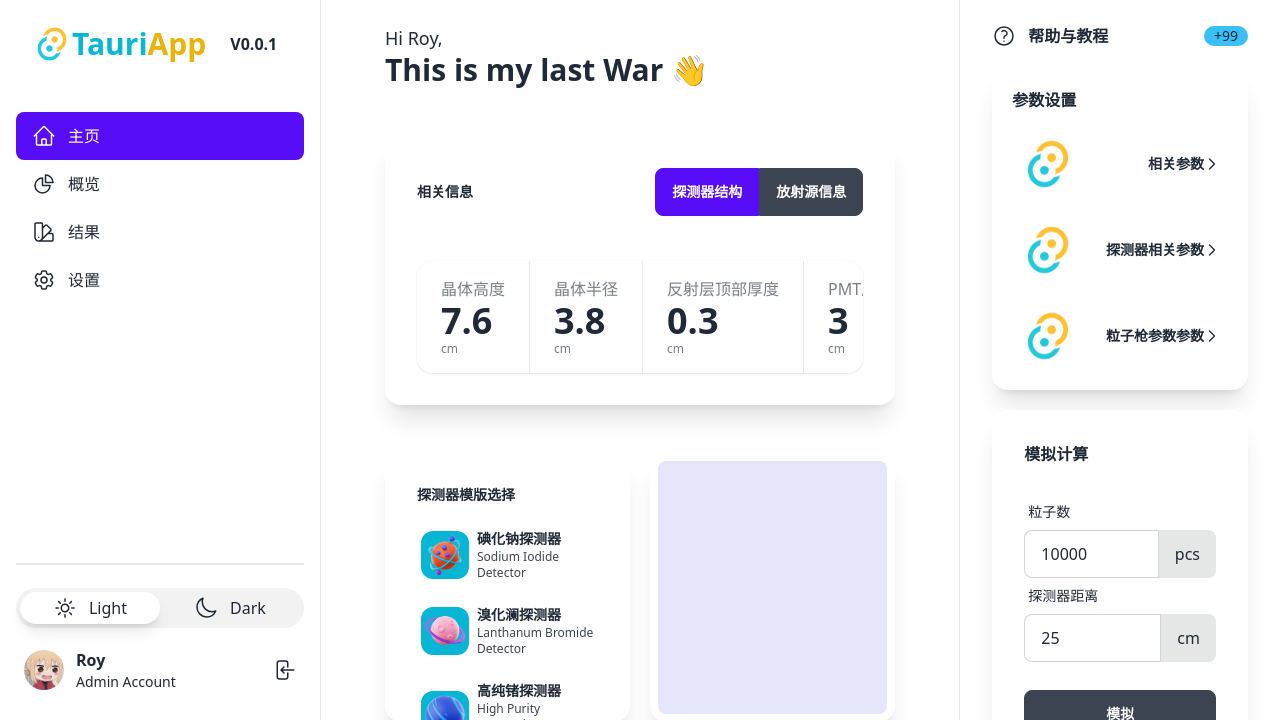
Repository: XMZOVO/tauri-geant4
Page: /
The author's editor kept a copy of each file at every save. The page is drawn from the files as they stood at one save, then again after the next save.
The browser window is 1280 px wide. The pictures show the whole page.
The page's requests for data from a server got no answer. An inner scrolling area shows only its first screen. The project was rebuilt for these pictures with package versions that can differ from the ones it lists, and the page was loaded fresh each time. No one was signed in, and anything a server would have sent is missing. Also part of the build but not shown: vite.config.ts.

Above is the page before, as saved 2022-09-11 20:00:41.

### src/main.ts
import { createApp } from "vue";
import App from "./App.vue";
import "./index.css";
import { Router } from "./router";
import { createPinia } from "pinia";

const pinia = createPinia();

createApp(App).use(pinia).use(Router).mount("#app");

### src/router/index.ts
import { createRouter, createWebHistory } from "vue-router";

const routes = [
  {
    path: "",
    component: () => import("../components/MainWindow.vue"),
    children: [
      {
        path: "",
        component: () => import("../components/Home.vue"),
      },
      {
        path: "Setting",
        component: () => import("../components/Setting.vue"),
      },
      {
        path: "Results",
        component: () => import("../components/Results.vue"),
      },
      {
        path: "Overview",
        component: () => import("../components/Overview.vue"),
      },
      // {
      //   path: "Plan",
      //   component: () => import("../components/Plan.vue"),
      // },
    ],
  },
];

export const Router = createRouter({
  scrollBehavior: () => ({ left: 0, top: 0 }),
  history: createWebHistory(),
  routes,
});

### src/components/Home.vue
<script setup lang="ts">
import { ref, onMounted } from "vue";
import { invoke } from "@tauri-apps/api/tauri";
import { useRouter, onBeforeRouteLeave, onBeforeRouteUpdate } from "vue-router";
import path from "path";
import { exit } from "@tauri-apps/api/process";
import { fetch } from "@tauri-apps/api/http";

const router = useRouter();
const greetMsg = ref("");
const name = ref("");
let specFile = ref("");
let JSRootPath = ref("/JsRoot720/");
const btnWait = ref("");
const activeDetector = ref(0);

let detectorSrc = ref(
  JSRootPath.value +
    "index.htm?nobrowser&file=http://localhost:8080/file/G4Backend/build/rootFiles/test.root&item=Default;1&opt=ssao;transp60"
);

const parametersNames = ref([
  { name: "探测器结构", checked: true },
  { name: "放射源信息", checked: false },
]);
const selectedName = ref("钻井液性能");
const detectorProperties = ref([
  { name: "晶体高度", value: 7.6, unit: "cm" },
  { name: "晶体半径", value: 3.8, unit: "cm" },
  { name: "反射层顶部厚度", value: "0.3", unit: "cm" },
  { name: "PMT厚度", value: 3, unit: "cm" },
]);
const radioactiveProperties = ref([
  { name: "放射性同位素", value: "Co60", unit: "" },
  { name: "3", value: 20, unit: "" },
  { name: "4", value: 0.02, unit: "" },
  { name: "5", value: 10, unit: "" },
]);
const detectorList = ref([
  {
    name: "碘化钠探测器",
    percent: 40,
    description: "Sodium Iodide Detector",
    img: "NaI.png",
  },
  {
    name: "溴化澜探测器",
    percent: 100,
    description: "Lanthanum Bromide Detector",
    img: "LB.png",
  },
  {
    name: "高纯锗探测器",
    percent: 60,
    description: "High Purity Germanium Detector",
    img: "HPGe.png",
  },
]);
const paticleParameters = ref([
  { name: "粒子数", value: 10000, unit: "pcs" },
  { name: "探测器距离", value: 25, unit: "cm" },
]);

async function greet() {
  greetMsg.value = await invoke("greet", { name: name.value });
}

onMounted(async () => {});

const parametersInfoChanged = (name: String) => {
  if (name == "探测器结构") {
    parametersNames.value[0].checked = true;
    parametersNames.value[1].checked = false;
  } else {
    parametersNames.value[0].checked = false;
    parametersNames.value[1].checked = true;
  }
};

const executeCalculate = async () => {
  if (paticleParameters.value[0].value > 10000000) {
    alert("粒子数过大");
    return;
  }
  btnWait.value = "loading";
  const response = await fetch("http://localhost:8080/g4", {
    method: "POST",
    query: {
      ch: detectorProperties.value[0].value.toString(),
      cr: detectorProperties.value[1].value.toString(),
      rtt: detectorProperties.value[2].value.toString(),
      num: paticleParameters.value[0].value.toString(),
    },
  }).then((res) => {
    btnWait.value = "";
    router.push({ path: "/Overview" });
  });
};

const refreshDetector = async () => {
  detectorSrc.value = " ";
  await fetch("http://localhost:8080/gdml", {
    method: "GET",
    query: {
      ch: detectorProperties.value[0].value.toString(),
      cr: detectorProperties.value[1].value.toString(),
      rtt: detectorProperties.value[2].value.toString(),
      pmt: detectorProperties.value[3].value.toString(),
    },
  }).then(() => {
    // let iframe: any = document.getElementById("iframe");
    // iframe.contentWindow.location.reload(true);
    detectorSrc.value =
      JSRootPath.value +
      "index.htm?nobrowser&file=http://localhost:8080/file/G4Backend/build/rootFiles/wtest.root&item=Default;1&opt=ssao;transp60";
  });
};

const exitApp = async () => {
  await exit(1);
};
</script>

<template>
  <!-- <div class="card">
    <input id="greet-input" v-model="name" placeholder="Enter a name..." />
    <button type="button" @click="greet()">Greet</button>
  </div>

  <p>{{ greetMsg }}</p> -->

  <div class="flex h-full w-full">
    <div class="w-2/3 space-y-12 border-r border-base-300 py-6 px-16">
      <div class="h-auto">
        <span class="block text-lg font-normal">Hi Roy,</span>
        <span class="block text-3xl font-bold"
          >This is my last War &#128075;</span
        >
      </div>
      <div class="card h-2/5 w-full shadow-xl">
        <div class="card-body justify-between">
          <div class="flex justify-between">
            <p class="card-title text-sm">相关信息</p>
            <!-- 选择框 -->
            <!-- <div class="form-control w-1/3 max-w-xs">
              <select
                class="select select-bordered focus:outline-none"
                @change="parametersInfoChanged($event)"
              >
                <option v-for="item in parametersNames">{{ item }}</option>
              </select>
            </div> -->
            <div class="btn-group">
              <input
                v-for="item in parametersNames"
                type="radio"
                name="options"
                :data-title="item.name"
                class="btn"
                :checked="item.checked"
                @change="parametersInfoChanged(item.name)"
              />
            </div>
          </div>
          <!-- 统计信息 -->
          <div
            class="stats stats-vertical overflow-hidden shadow lg:stats-horizontal"
          >
            <div
              class="stat"
              v-if="parametersNames[0].checked"
              v-for="item in detectorProperties"
            >
              <div class="stat-title">{{ item.name }}</div>
              <div class="stat-value">{{ item.value }}</div>
              <div class="stat-desc">{{ item.unit }}</div>
            </div>
            <div
              class="stat"
              v-if="parametersNames[1].checked"
              v-for="item in radioactiveProperties"
            >
              <div class="stat-title">{{ item.name }}</div>
              <div class="stat-value">{{ item.value }}</div>
              <div class="stat-desc">{{ item.unit }}</div>
            </div>
          </div>
        </div>
      </div>
      <!-- 底部双卡片 -->
      <div class="flex h-2/5 space-x-5">
        <!-- 1 -->
        <div class="card w-1/2 bg-base-100 shadow-xl">
          <div class="card-body gap-3">
            <p class="text-sm font-semibold">探测器模版选择</p>
            <!-- item -->
            <div class="flex h-full flex-col justify-between">
              <div
                v-for="(item, index) in detectorList"
                class="flex cursor-pointer items-center justify-between rounded-xl py-3 px-1 hover:bg-base-300"
              >
                <div class="flex items-center gap-2">
                  <img
                    :src="`/src/assets/${item.img}`"
                    class="h-12 w-12 rounded-xl bg-cyan-500 p-1"
                  />
                  <div class="flex flex-col">
                    <p class="text-sm font-semibold">{{ item.name }}</p>
                    <p class="text-xs text-neutral">
                      {{ item.description }}
                    </p>
                  </div>
                </div>
                <!-- <div
                  class="radial-progress text-xs text-primary"
                  :style="
                    '--value: ' +
                    item.percent +
                    '; --size: 3.5rem; --thickness: 6px'
                  "
                >
                  {{ item.percent }}%
                </div> -->
              </div>
            </div>
            <btn class="btn rounded-xl"> 更多模版</btn>
          </div>
        </div>
        <!-- 2 -->
        <div class="card w-1/2 bg-base-100 shadow-xl">
          <div class="card-body p-2">
            <iframe
              :src="detectorSrc"
              frameborder="0"
              class="h-full w-full rounded-lg"
            ></iframe>
            <!-- <div class="h-full w-full bg-black" id="drawing"></div> -->
          </div>
        </div>
      </div>
    </div>

    <!-- 右侧 -->
    <div class="w-1/3 flex-col space-y-5 px-8 pt-6">
      <!-- 帮助 -->
      <div class="flex items-center justify-between">
        <div class="flex items-center space-x-3">
          <svg
            xmlns="http://www.w3.org/2000/svg"
            fill="none"
            viewBox="0 0 24 24"
            stroke-width="1.5"
            stroke="currentColor"
            class="h-6 w-6"
          >
            <path
              stroke-linecap="round"
              stroke-linejoin="round"
              d="M9.879 7.519c1.171-1.025 3.071-1.025 4.242 0 1.172 1.025 1.172 2.687 0 3.712-.203.179-.43.326-.67.442-.745.361-1.45.999-1.45 1.827v.75M21 12a9 9 0 11-18 0 9 9 0 0118 0zm-9 5.25h.008v.008H12v-.008z"
            />
          </svg>
          <label class="font-bold">帮助与教程</label>
        </div>
        <div class="badge badge-info">+99</div>
      </div>
      <!-- 帮助 -->
      <!-- 卡1 -->
      <div class="flex space-x-5">
        <div class="card w-full overflow-visible bg-base-100 shadow-xl">
          <div class="card-body p-5">
            <div class="flex-col space-y-5">
              <p class="text-md font-bold">参数设置</p>

              <!-- 溢流物 -->
              <div class="dropdown-left dropdown w-full">
                <div
                  tabindex="0"
                  class="flex items-center justify-between rounded-xl px-2 py-1 duration-300 hover:cursor-pointer hover:bg-primary hover:text-base-100"
                >
                  <img src="../assets/icon.png" class="h-14 w-14 rounded-xl" />
                  <div class="flex items-center">
                    <p class="text-sm font-bold">相关参数</p>
                    <svg
                      xmlns="http://www.w3.org/2000/svg"
                      fill="none"
                      viewBox="0 0 24 24"
                      stroke-width="2"
                      stroke="currentColor"
                      class="h-4 w-4"
                    >
                      <path
                        stroke-linecap="round"
                        stroke-linejoin="round"
                        d="M8.25 4.5l7.5 7.5-7.5 7.5"
                      />
                    </svg>
                  </div>
                </div>
                <!-- 浮动窗口 -->
                <div
                  tabindex="0"
                  class="card dropdown-content rounded-box w-full bg-base-100 shadow"
                >
                  <div class="card-body space-y-3">
                    <p class="font-bold">设置相关参数</p>
                  </div>
                </div>
              </div>
              <!-- 溢流物 -->
              <!-- 钻井液 -->
              <div class="dropdown-left dropdown w-full">
                <div
                  tabindex="0"
                  class="flex items-center justify-between rounded-xl px-2 py-1 duration-300 hover:cursor-pointer hover:bg-primary hover:text-base-100"
                >
                  <img src="../assets/icon.png" class="h-14 w-14 rounded-xl" />
                  <div class="flex items-center">
                    <p class="text-sm font-bold">探测器相关参数</p>
                    <svg
                      xmlns="http://www.w3.org/2000/svg"
                      fill="none"
                      viewBox="0 0 24 24"
                      stroke-width="2"
                      stroke="currentColor"
                      class="h-4 w-4"
                    >
                      <path
                        stroke-linecap="round"
                        stroke-linejoin="round"
                        d="M8.25 4.5l7.5 7.5-7.5 7.5"
                      />
                    </svg>
                  </div>
                </div>
                <!-- 浮动窗口 -->
                <div
                  tabindex="0"
                  class="card dropdown-content rounded-box w-96 bg-base-100 shadow"
                >
                  <div class="card-body space-y-1">
                    <div class="flex items-center">
                      <p class="font-bold">
                        设置{{
                          activeDetector == 0 ? "碘化钠" : "高纯锗"
                        }}探测器参数
                      </p>
                      <button class="btn btn-xs" @click="refreshDetector">
                        刷新探测器模型
                      </button>
                    </div>
                    <div
                      v-for="item in detectorProperties"
                      class="form-control"
                    >
                      <label class="label">
                        <span class="label-text">{{ item.name }}</span>
                      </label>
                      <label class="input-group">
                        <input
                          type="text"
                          v-model="item.value"
                          class="input input-bordered w-3/4 focus:outline-none"
                        />
                        <span class="w-1/4">{{ item.unit }}</span>
                      </label>
                    </div>
                  </div>
                </div>
              </div>
              <!-- 钻井液 -->
              <!-- 节流压 -->
              <div class="dropdown-left dropdown w-full">
                <div
                  tabindex="0"
                  class="flex items-center justify-between rounded-xl px-2 py-1 duration-300 hover:cursor-pointer hover:bg-primary hover:text-base-100"
                >
                  <img src="../assets/icon.png" class="h-14 w-14 rounded-xl" />
                  <div class="flex items-center">
                    <p class="text-sm font-bold">粒子枪参数参数</p>
                    <svg
                      xmlns="http://www.w3.org/2000/svg"
                      fill="none"
                      viewBox="0 0 24 24"
                      stroke-width="2"
                      stroke="currentColor"
                      class="h-4 w-4"
                    >
                      <path
                        stroke-linecap="round"
                        stroke-linejoin="round"
                        d="M8.25 4.5l7.5 7.5-7.5 7.5"
                      />
                    </svg>
                  </div>
                </div>
                <!-- 浮动窗口 -->
                <div
                  tabindex="0"
                  class="card dropdown-content rounded-box w-96 bg-base-100 shadow"
                >
                  <div class="card-body space-y-3">
                    <p class="font-bold">设置粒子枪参数</p>
                    <div
                      v-for="item in radioactiveProperties"
                      class="form-control"
                    >
                      <label class="label">
                        <span class="label-text">{{ item.name }}</span>
                      </label>
                      <label class="input-group">
                        <input
                          type="text"
                          v-model="item.value"
                          class="input input-bordered w-3/4 focus:outline-none"
                        />
                        <span class="w-1/4">{{ item.unit }}</span>
                      </label>
                    </div>
                  </div>
                </div>
              </div>
              <!-- 节流压 -->
            </div>
          </div>
        </div>
      </div>
      <!-- 卡2 -->
      <div class="flex space-x-5">
        <div class="card w-full bg-base-100 shadow-xl">
          <div class="card-body space-y-5">
            <p class="text-md font-bold">模拟计算</p>
            <div>
              <div v-for="item in paticleParameters" class="form-control">
                <label class="label">
                  <span class="label-text">{{ item.name }}</span>
                </label>
                <label class="input-group">
                  <input
                    type="text"
                    placeholder="0.01"
                    v-model="item.value"
                    class="input input-bordered w-full focus:outline-none"
                  />
                  <span>{{ item.unit }}</span>
                </label>
              </div>
            </div>
            <!-- 计算 -->
            <button :class="'btn w-full ' + btnWait" @click="executeCalculate">
              模拟
            </button>
          </div>
        </div>
      </div>
    </div>
  </div>
</template>

<style scoped></style>

Loaded but not shown: index.html (common file); src/App.vue (common file); src/index.css (common file); tailwind.config.cjs (common file); public/JsRoot720/modules/d3.mjs (library); public/JsRoot720/modules/gui/HierarchyPainter.mjs (library); public/JsRoot720/modules/io.mjs (3859 lines, source omitted); public/JsRoot720/modules/gpad/TFramePainter.mjs (2781 lines, source omitted); public/JsRoot720/modules/gpad/TPadPainter.mjs (2078 lines, source omitted); public/JsRoot720/modules/gui/menu.mjs (1573 lines, source omitted); public/JsRoot720/modules/core.mjs (1681 lines, source omitted); public/JsRoot720/modules/gui/display.mjs (1711 lines, source omitted); public/JsRoot720/modules/base/ObjectPainter.mjs (1608 lines, source omitted); public/JsRoot720/modules/base/math.mjs (2061 lines, source omitted); public/JsRoot720/modules/gpad/TAxisPainter.mjs (1330 lines, source omitted); public/JsRoot720/modules/hist/TPavePainter.mjs (1257 lines, source omitted); public/JsRoot720/modules/base/latex.mjs (1324 lines, source omitted); public/JsRoot720/modules/draw.mjs (618 lines, source omitted); public/JsRoot720/modules/gui/utils.mjs (511 lines, source omitted); public/JsRoot720/modules/gpad/TCanvasPainter.mjs (756 lines, source omitted); public/JsRoot720/modules/base/BasePainter.mjs (670 lines, source omitted); public/JsRoot720/modules/base/TAttFillHandler.mjs (343 lines, source omitted); public/JsRoot720/modules/base/TAttMarkerHandler.mjs (292 lines, source omitted); public/JsRoot720/modules/gui.mjs (206 lines, source omitted); public/JsRoot720/modules/base/colors.mjs (172 lines, source omitted); public/JsRoot720/modules/base/TAttLineHandler.mjs (166 lines, source omitted); public/JsRoot720/modules/base/FontHandler.mjs (139 lines, source omitted); src/components/MainWindow.vue (303 lines, source omitted)

After the next save:
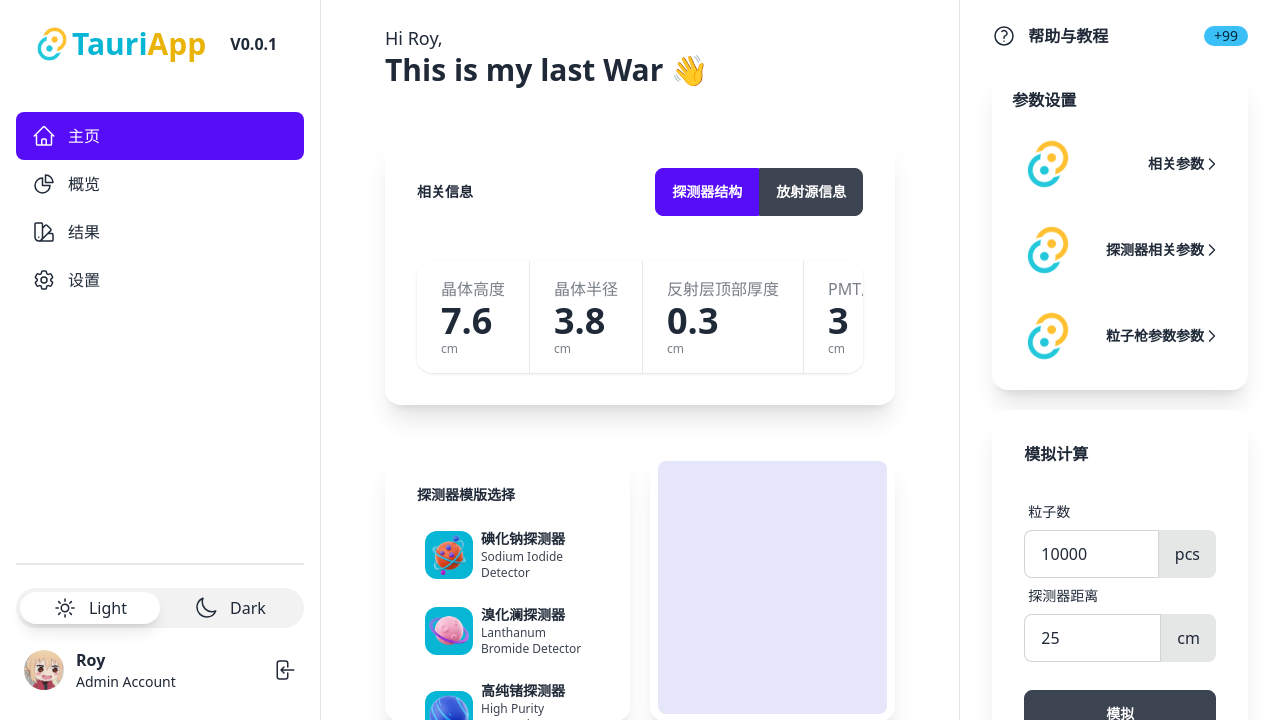
Saved 5 s later.
--- a/src/components/Home.vue
+++ b/src/components/Home.vue
@@ -197,7 +197,7 @@ const exitApp = async () => {
             <div class="flex h-full flex-col justify-between">
               <div
                 v-for="(item, index) in detectorList"
-                class="flex cursor-pointer items-center justify-between rounded-xl py-3 px-1 hover:bg-base-300"
+                class="flex cursor-pointer items-center justify-between rounded-xl py-3 px-2 hover:bg-base-300"
               >
                 <div class="flex items-center gap-2">
                   <img
